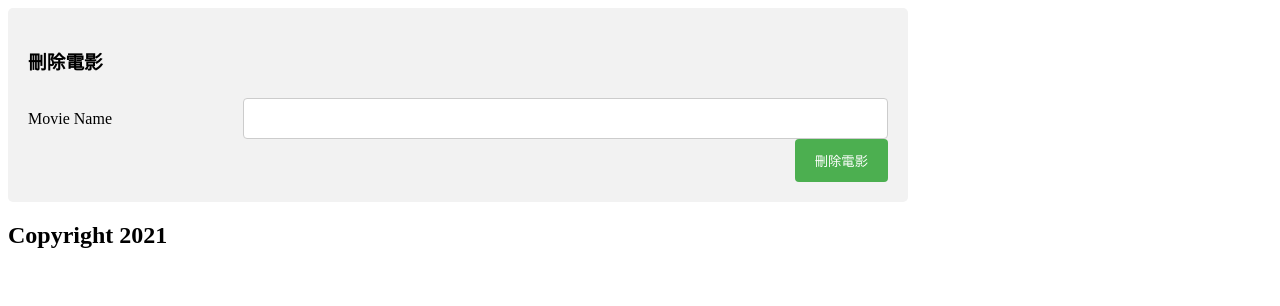
Repository: PEICHI26/Cinema
Page: http://localhost/Cinema/Delete.jsp
The author's editor kept a copy of each file at every save. The page is drawn from the files as they stood at one save, then again after a run of saves.
The browser window is 1280 px wide. The pictures show the whole page.
The page is served by Tomcat 9. Nobody is signed in. The application's start-up code is not run. Other server files are loaded and not shown.

Above is the page before, as saved 2021-12-17 12:14:41.

### Cinema/src/main/webapp/Delete.jsp
<%@ page language="java" contentType="text/html; charset=UTF-8"
    pageEncoding="UTF-8"%>
<!DOCTYPE html>
<html>
<head>
<meta charset="UTF-8">
<title>Delete Movie</title>
<style>
* {
  box-sizing: border-box;
}

input[type=text], select, textarea {
  width: 100%;
  padding: 12px;
  border: 1px solid #ccc;
  border-radius: 4px;
  resize: vertical;
}

label {
  padding: 12px 12px 12px 0;
  display: inline-block;
}

input[type=submit] {
  background-color: #4CAF50;
  color: white;
  padding: 12px 20px;
  border: none;
  border-radius: 4px;
  cursor: pointer;
  float: right;
}

input[type=submit]:hover {
  background-color: #45a049;
}

.container {
  border-radius: 5px;
  background-color: #f2f2f2;
  padding: 20px;
  width:900px;
}

.col-25 {
  float: left;
  width: 25%;
  margin-top: 6px;
}

.col-75 {
  float: left;
  width: 75%;
  margin-top: 6px;
}

/* Clear floats after the columns */
.row:after {
  content: "";
  display: table;
  clear: both;
}

/* Responsive layout - when the screen is less than 600px wide, make the two columns stack on top of each other instead of next to each other */
@media screen and (max-width: 600px) {
  .col-25, .col-75, input[type=submit] {
    width: 100%;
    margin-top: 0;
  }
}
</style>
</head>
<body>
<div class="container">
<h3>刪除電影</h3>
 <form action="MovieServlet" method="post">
  <div class="row">
    <div class="col-25">
      <label for="moviename">Movie Name</label>
    </div>
    <div class="col-75">
      <input type="text" id="moviename" name="moviename" placeholder="">
      <br>

  <div class="row">
    <input type="submit" name="DELETE" value="刪除電影">
  </div>
    </div>
  </div>

  </form>
</div>
<%@ include file="copyright.jspf" %>
</body>
</html>

### Cinema/src/main/webapp/copyright.jspf
<h2> Copyright   2021 </h2>

After the next 2 saves:
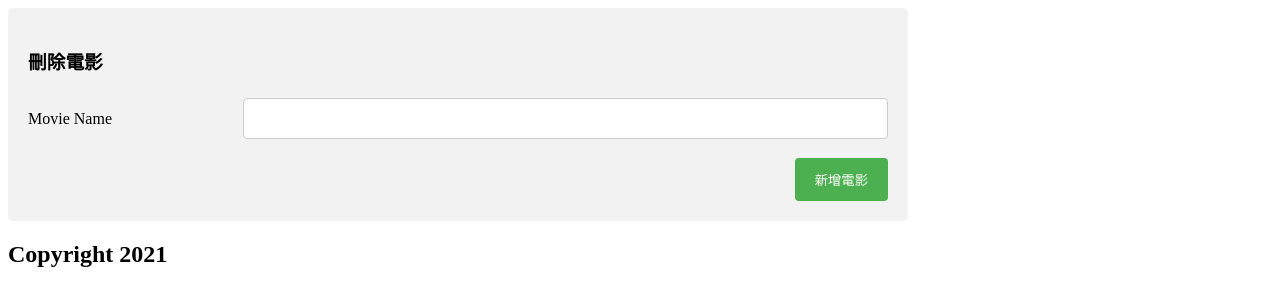
The 2 saves are shown as one change because they came seconds apart.
The last was saved 7 min 14 s later.
--- a/Cinema/src/main/webapp/Delete.jsp
+++ b/Cinema/src/main/webapp/Delete.jsp
@@ -1,5 +1,5 @@
 <%@ page language="java" contentType="text/html; charset=UTF-8"
-    pageEncoding="UTF-8"%>
+	pageEncoding="UTF-8"%>
 <!DOCTYPE html>
 <html>
 <head>
@@ -7,91 +7,90 @@
 <title>Delete Movie</title>
 <style>
 * {
-  box-sizing: border-box;
+	box-sizing: border-box;
 }
 
 input[type=text], select, textarea {
-  width: 100%;
-  padding: 12px;
-  border: 1px solid #ccc;
-  border-radius: 4px;
-  resize: vertical;
+	width: 100%;
+	padding: 12px;
+	border: 1px solid #ccc;
+	border-radius: 4px;
+	resize: vertical;
 }
 
 label {
-  padding: 12px 12px 12px 0;
-  display: inline-block;
+	padding: 12px 12px 12px 0;
+	display: inline-block;
 }
 
 input[type=submit] {
-  background-color: #4CAF50;
-  color: white;
-  padding: 12px 20px;
-  border: none;
-  border-radius: 4px;
-  cursor: pointer;
-  float: right;
+	background-color: #4CAF50;
+	color: white;
+	padding: 12px 20px;
+	border: none;
+	border-radius: 4px;
+	cursor: pointer;
+	float: right;
 }
 
 input[type=submit]:hover {
-  background-color: #45a049;
+	background-color: #45a049;
 }
 
 .container {
-  border-radius: 5px;
-  background-color: #f2f2f2;
-  padding: 20px;
-  width:900px;
+	border-radius: 5px;
+	background-color: #f2f2f2;
+	padding: 20px;
+	width: 900px;
 }
 
 .col-25 {
-  float: left;
-  width: 25%;
-  margin-top: 6px;
+	float: left;
+	width: 25%;
+	margin-top: 6px;
 }
 
 .col-75 {
-  float: left;
-  width: 75%;
-  margin-top: 6px;
+	float: left;
+	width: 75%;
+	margin-top: 6px;
 }
 
 /* Clear floats after the columns */
 .row:after {
-  content: "";
-  display: table;
-  clear: both;
+	content: "";
+	display: table;
+	clear: both;
 }
 
 /* Responsive layout - when the screen is less than 600px wide, make the two columns stack on top of each other instead of next to each other */
 @media screen and (max-width: 600px) {
-  .col-25, .col-75, input[type=submit] {
-    width: 100%;
-    margin-top: 0;
-  }
+	.col-25, .col-75, input[type=submit] {
+		width: 100%;
+		margin-top: 0;
+	}
 }
 </style>
 </head>
 <body>
-<div class="container">
-<h3>刪除電影</h3>
- <form action="MovieServlet" method="post">
-  <div class="row">
-    <div class="col-25">
-      <label for="moviename">Movie Name</label>
-    </div>
-    <div class="col-75">
-      <input type="text" id="moviename" name="moviename" placeholder="">
-      <br>
+	<div class="container">
+		<h3>刪除電影</h3>
+		<form action="MovieServlet" method="post">
+			<div class="row">
+				<div class="col-25">
+					<label for="moviename">Movie Name</label>
+				</div>
+				<div class="col-75">
+					<input type="text" id="moviename" name="moviename" placeholder="">
+				</div>
+			</div>
+			<br>
+			<div class="row">
+				<input type="submit" name="INSERT" value="新增電影">
+			</div>
+		</form>
+	</div>
 
-  <div class="row">
-    <input type="submit" name="DELETE" value="刪除電影">
-  </div>
-    </div>
-  </div>
-
-  </form>
-</div>
-<%@ include file="copyright.jspf" %>
+	<%@ include file="copyright.jspf"%>
 </body>
 </html>
